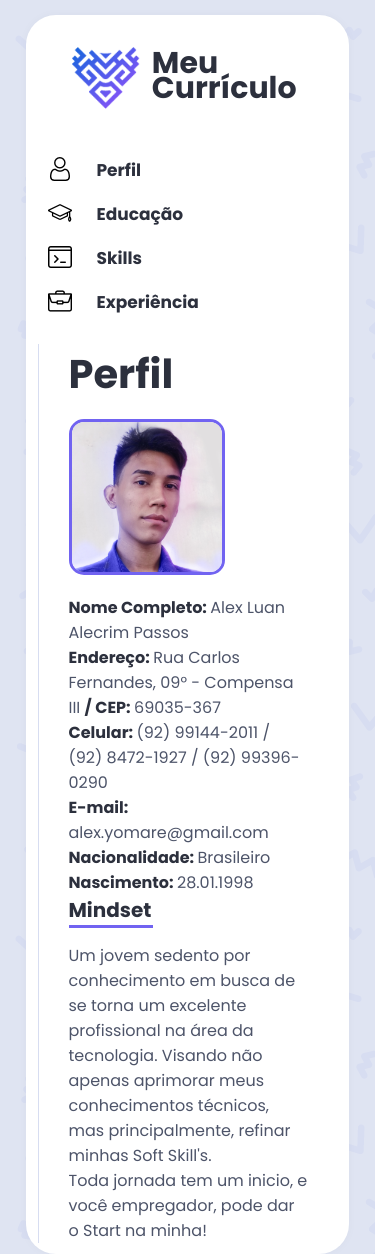
Repository: 4lex-passos/MeuPrimeiroSite
Page: index.html
These files come from the project's save history. The page is drawn as it stood at one moment and after the next save; the edit follows.
The browser window is 375 px wide. The pictures show the whole page.

Above is the page before, as saved 2020-10-02 16:53:41.

After the next save:
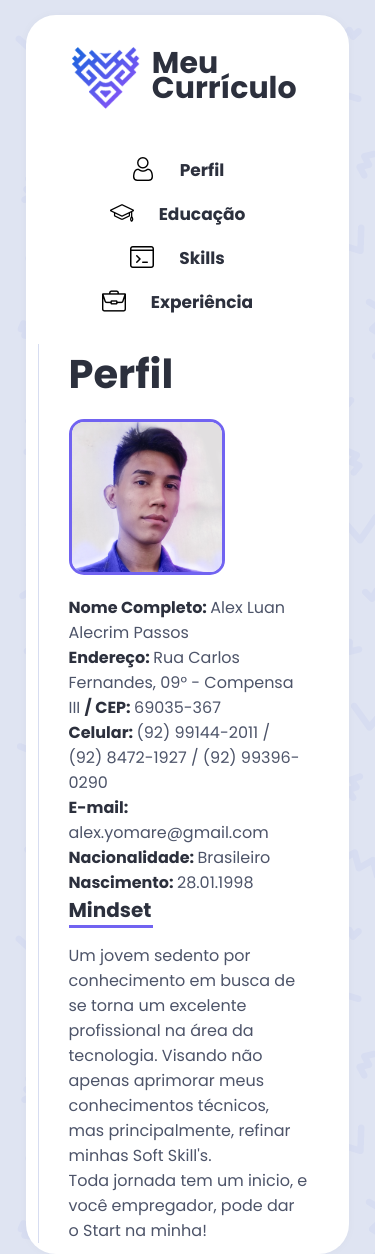
Saved 68 s later.
--- a/css/style.css
+++ b/css/style.css
@@ -324,4 +324,7 @@
   .naveg{
     align-items: center;
   }
-}
+  nav ul{
+    align-items: center;
+  }
+}

After the save that followed:
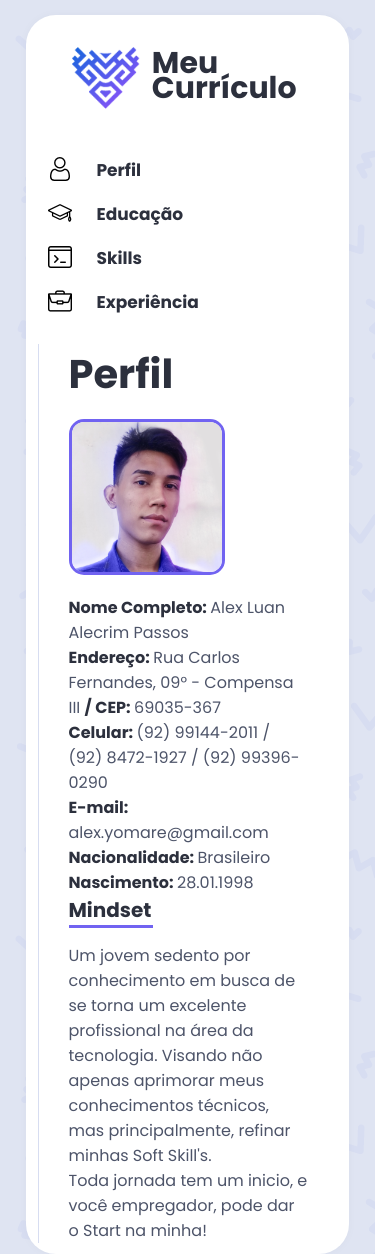
Saved 22 s later.
--- a/css/style.css
+++ b/css/style.css
@@ -324,7 +324,4 @@
   .naveg{
     align-items: center;
   }
-  nav ul{
-    align-items: center;
-  }
-}
+}
